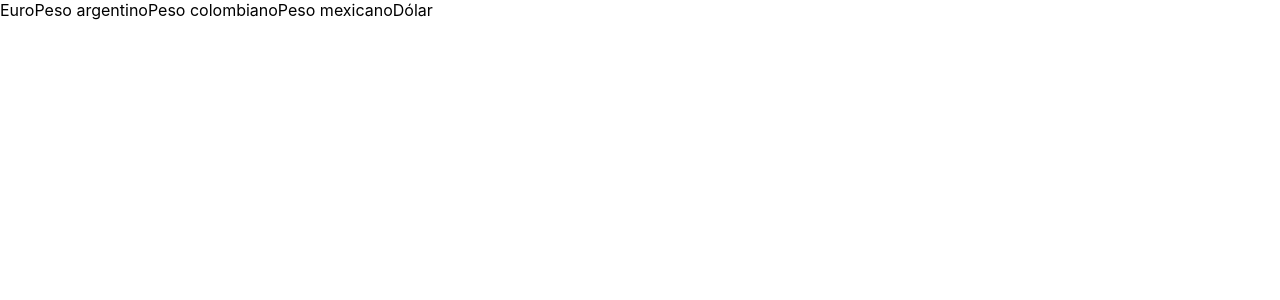
Repository: abgdev1997/ejercicios-react
Page: /
These files come from the project's save history. The page is drawn as it stood at one moment and after the next save; the edit follows.
The browser window is 1280 px wide. The pictures show the whole page.
The project was rebuilt for these pictures with package versions that can differ from the ones it lists, and the page was loaded fresh each time. Also part of the build but not shown: src/AppConversor.css.

Above is the page before, as saved 2022-02-22 13:53:30.

### public/index.html
<!DOCTYPE html>
<html lang="en">
  <head>
    <meta charset="utf-8" />
    <link rel="icon" href="%PUBLIC_URL%/favicon.ico" />
    <meta name="viewport" content="width=device-width, initial-scale=1" />
    <meta name="theme-color" content="#000000" />
    <meta
      name="description"
      content="Web site created using create-react-app"
    />
    <link rel="apple-touch-icon" href="%PUBLIC_URL%/logo192.png" />
    <link rel="manifest" href="%PUBLIC_URL%/manifest.json" />
    <title>JAB Converter</title>
  </head>
  <body>
    <noscript>You need to enable JavaScript to run this app.</noscript>
    <div id="root"></div>
  </body>
</html>

### src/index.js
import React from 'react';
import ReactDOM from 'react-dom';
import './index.css';
import AppConversor from './AppConversor';

ReactDOM.render(
  <React.StrictMode>
    <AppConversor />
  </React.StrictMode>,
  document.getElementById('root')
);

### src/AppConversor.js
import { useState } from "react";
import "./AppConversor.css";

function AppConversor() {
  const [monedas, setMonedas] = useState({
      euro: 1,
      pesoArgentino: 237.2,
      pesoColombiano: 9087,
      pesoMexicano: 46.4,
      dolar: 3.6
  });



  return <div className="App">
      <span>Euro</span>
      <label></label>
      <span>Peso argentino</span>
      <label></label>
      <span>Peso colombiano</span>
      <label></label>
      <span>Peso mexicano</span>
      <label></label>
      <span>Dólar</span>
      <label></label>
  </div>;
}
export default AppConversor;

Loaded but not shown: src/index.css (common file)

After the next save:
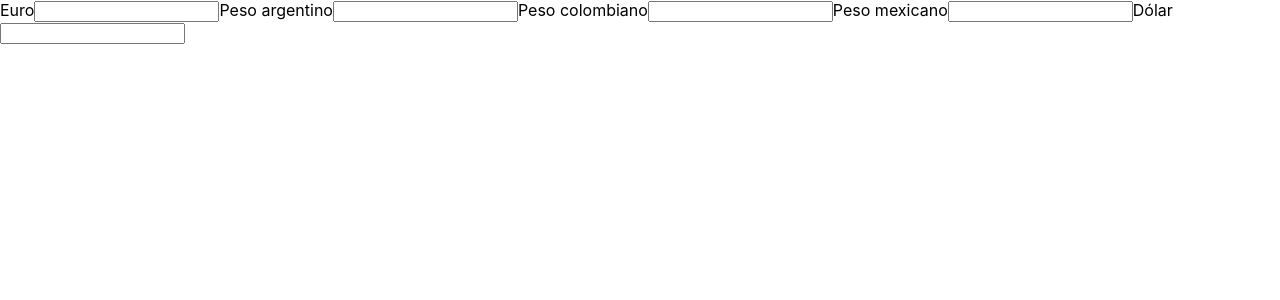
Saved 115 s later.
--- a/src/AppConversor.js
+++ b/src/AppConversor.js
@@ -13,16 +13,16 @@ function AppConversor() {
 
 
   return <div className="App">
-      <span>Euro</span>
-      <label></label>
-      <span>Peso argentino</span>
-      <label></label>
-      <span>Peso colombiano</span>
-      <label></label>
-      <span>Peso mexicano</span>
-      <label></label>
-      <span>Dólar</span>
-      <label></label>
+      <label>Euro</label>
+      <input></input>
+      <label>Peso argentino</label>
+      <input></input>
+      <label>Peso colombiano</label>
+      <input></input>
+      <label>Peso mexicano</label>
+      <input></input>
+      <label>Dólar</label>
+      <input></input>
   </div>;
 }
 export default AppConversor;
